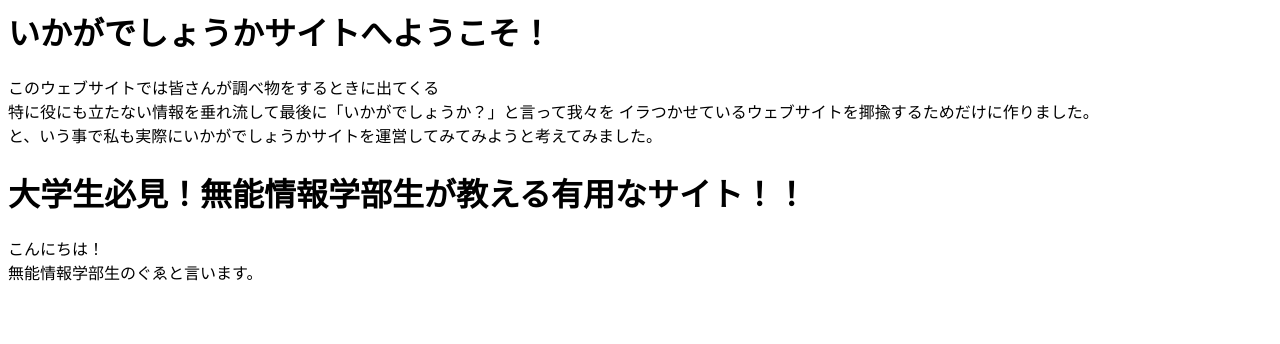
Repository: ghevp/ikagadeshoka
Page: page/home.html
The author's editor kept a copy of each file at every save. The page is drawn from the files as they stood at one save, then again after a run of saves.
The browser window is 1280 px wide. The pictures show the whole page.

Above is the page before, as saved 2022-06-23 12:36:40.

### page/home.html
<div class="home">
    <h1>いかがでしょうかサイトへようこそ！</h1>
    <p>このウェブサイトでは皆さんが調べ物をするときに出てくる<br>
    特に役にも立たない情報を垂れ流して最後に「いかがでしょうか？」と言って我々を
    イラつかせているウェブサイトを揶揄するためだけに作りました。<br>
    と、いう事で私も実際にいかがでしょうかサイトを運営してみてみようと考えてみました。

</p>
<h1>
    大学生必見！無能情報学部生が教える有用なサイト！！
</h1>
<p>
    こんにちは！<br>
    無能情報学部生のぐゑと言います。
</p>
</div>

After the next 2 saves:
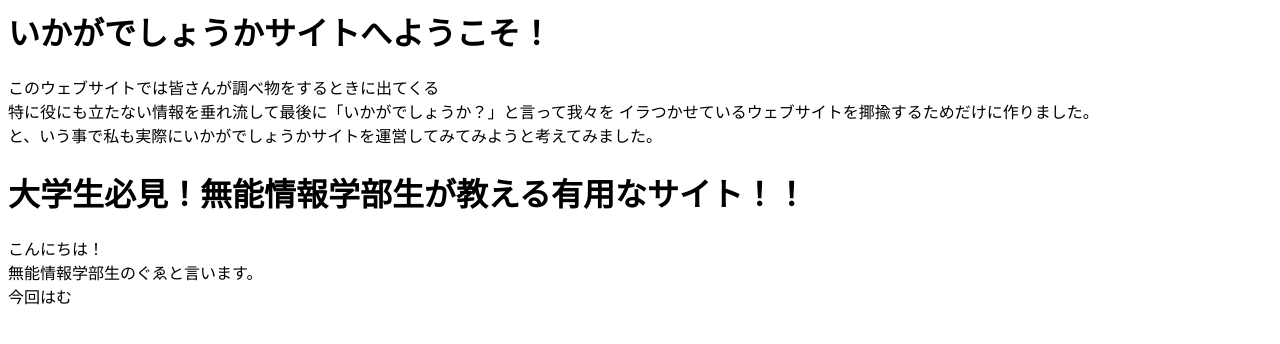
The 2 saves are shown as one change because they came seconds apart.
The last was saved 10 s later.
--- a/page/home.html
+++ b/page/home.html
@@ -11,6 +11,7 @@
 </h1>
 <p>
     こんにちは！<br>
-    無能情報学部生のぐゑと言います。
+    無能情報学部生のぐゑと言います。<br>
+    今回はむ
 </p>
 </div>
